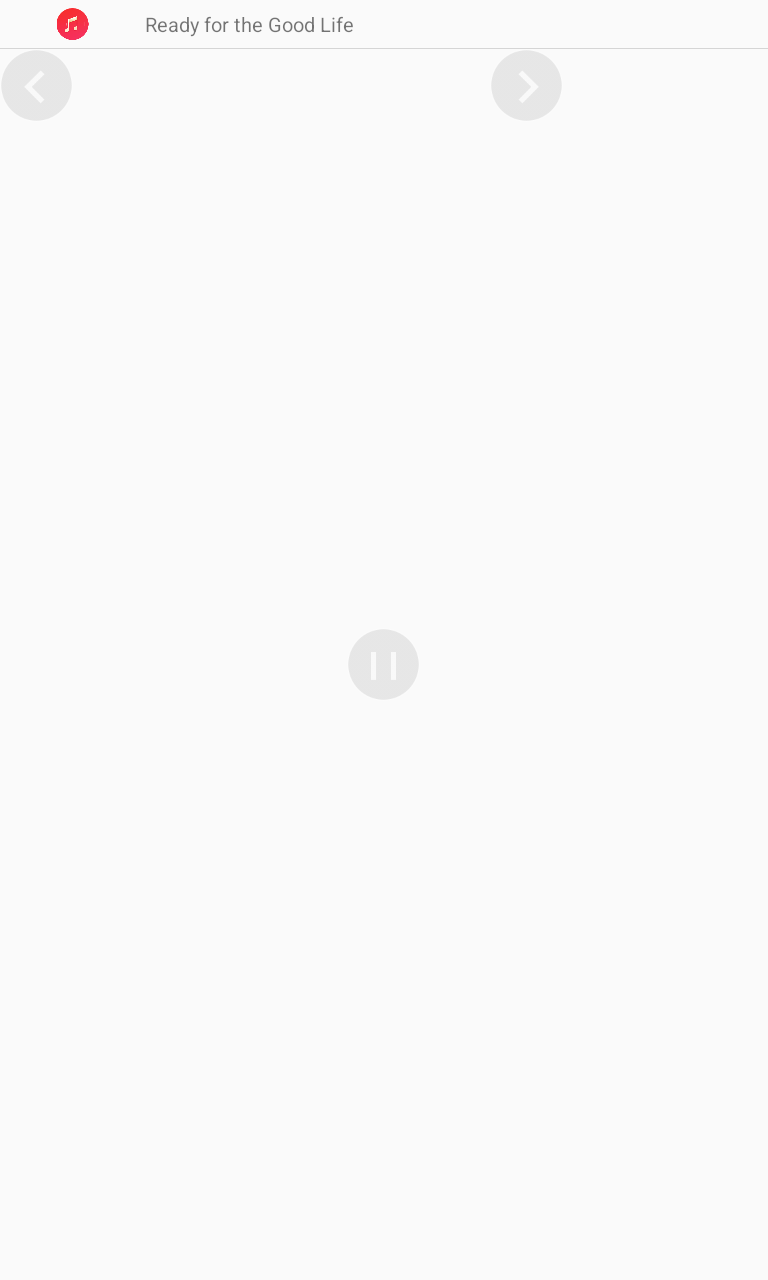
Repository: zhanjinwin/Projects
Layout: EclipseWorkspace/TestForceTouchPreviewWidget/res/layout/initial_widget_layout2.xml
These files come from the project's save history. The layout is drawn as it stood at one moment and after the next save; the edit follows.
It is drawn on a 768 x 1280 px phone screen (xhdpi) without system bars, with theme AppTheme; the app's code is not run.

Above is the layout before, as saved 2016-12-16 03:03:12.

After the next save:
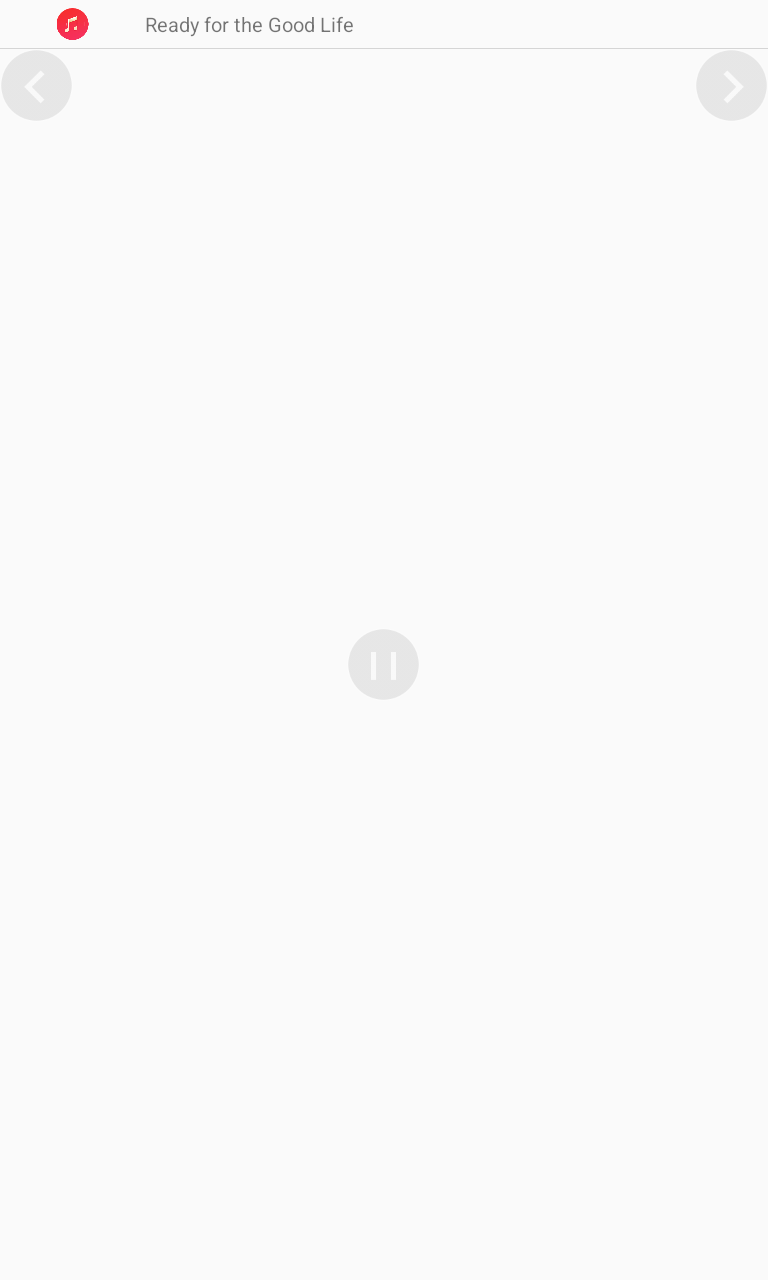
Saved 30 s later.
--- a/EclipseWorkspace/TestForceTouchPreviewWidget/res/layout/initial_widget_layout2.xml
+++ b/EclipseWorkspace/TestForceTouchPreviewWidget/res/layout/initial_widget_layout2.xml
@@ -58,7 +58,7 @@
             android:id="@+id/next_icon"
             android:layout_width="wrap_content"
             android:layout_height="wrap_content"
-            android:layout_toRightOf="@id/pause_icon"
+            android:layout_alignParentRight="true"
             android:layout_marginLeft="35dp"
             android:src="@drawable/widget_next_normal"/>
     </RelativeLayout>
